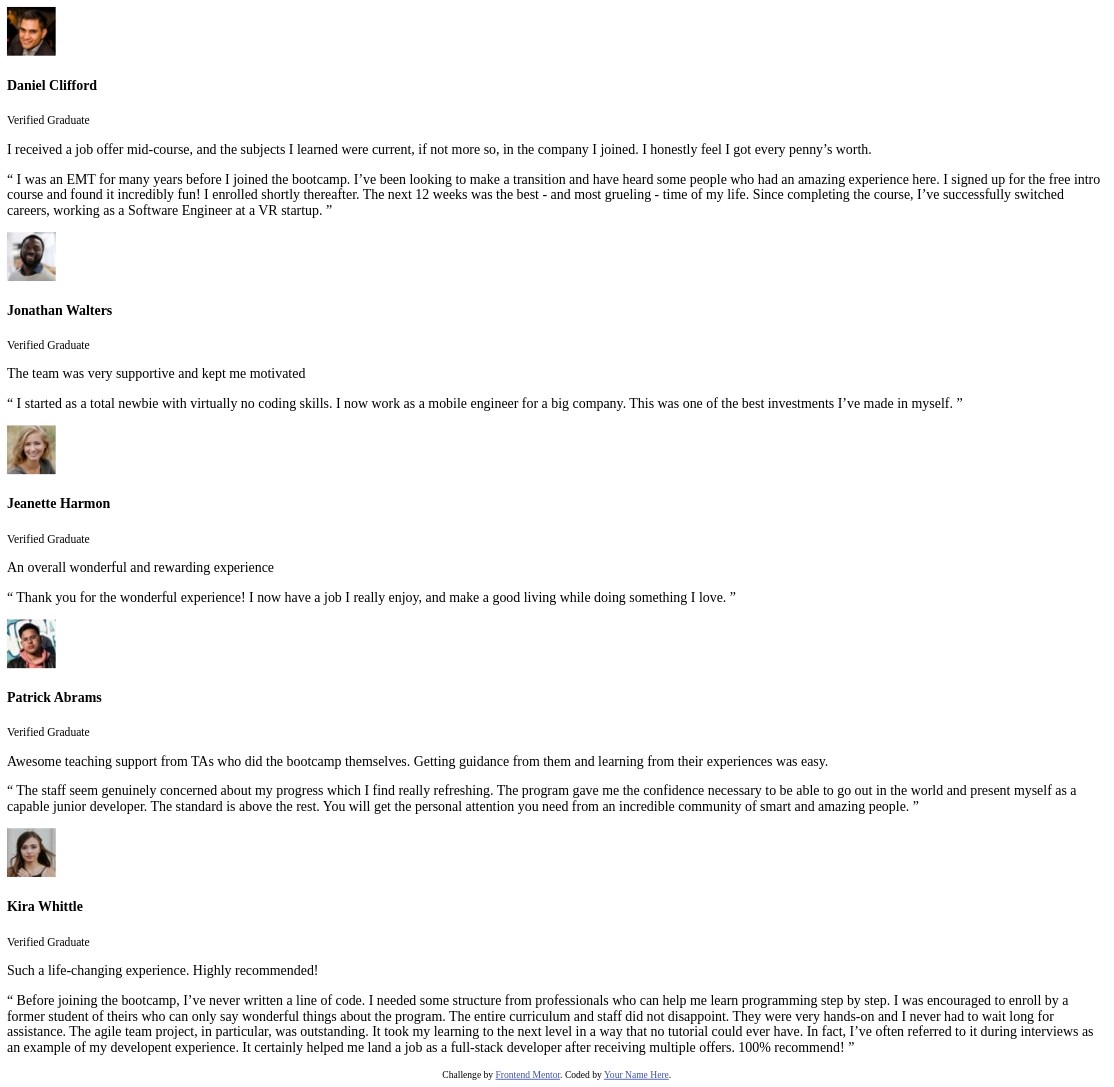
Repository: DejV44/testimonials_grid_section_main
Page: index.html
These files come from the project's save history. The page is drawn as it stood at one moment and after the next save; the edit follows.
The browser window is 1280 px wide. The pictures show the whole page, at 87% of full size.
The style sheet was rebuilt from its Sass, Less or Tailwind sources for each picture, by a compiler version that may differ from the author's.

Above is the page before, as saved 2021-07-13 21:25:23.

### index.html
<!DOCTYPE html>
<html lang="en">

<head>
  <meta charset="UTF-8">
  <meta name="viewport" content="width=device-width, initial-scale=1.0">
  <link rel="stylesheet" href="css/style.css">
  <link rel="icon" type="image/png" sizes="32x32" href="./images/favicon-32x32.png">
  <title>Frontend Mentor | Testimonials grid section</title>
</head>

<body>
  <div class="container">
    <div class="cards">
      <div class="image">
        <img src="./images/image-daniel.jpg" alt="image-daniel">
        <div>
          <h4>Daniel Clifford</h4>
          <small>Verified Graduate</small>
        </div>
      </div>
      <p>I received a job offer mid-course, and the subjects I learned were current, if not more so,
        in the company I joined. I honestly feel I got every penny’s worth.</p>
      <p>“ I was an EMT for many years before I joined the bootcamp. I’ve been looking to make a
        transition and have heard some people who had an amazing experience here. I signed up
        for the free intro course and found it incredibly fun! I enrolled shortly thereafter.
        The next 12 weeks was the best - and most grueling - time of my life. Since completing
        the course, I’ve successfully switched careers, working as a Software Engineer at a VR startup. ”</p>
    </div>
    <div class="cards">
      <div class="image">
        <img src="./images/image-jonathan.jpg" alt="image-jonathan">
        <div>
          <h4>Jonathan Walters</h4>
          <small>Verified Graduate</small>
        </div>
      </div>
      <p>The team was very supportive and kept me motivated</p>
      <p>“ I started as a total newbie with virtually no coding skills. I now work as a mobile engineer
        for a big company. This was one of the best investments I’ve made in myself. ”</p>
    </div>
    <div class="cards">
      <div class="image">
        <img src="./images/image-jeanette.jpg" alt="image-jeanette">
        <div>
          <h4>Jeanette Harmon</h4>
          <small>Verified Graduate</small>
        </div>
      </div>
      <p>An overall wonderful and rewarding experience</p>
      <p>“ Thank you for the wonderful experience! I now have a job I really enjoy, and make a good living
        while doing something I love. ”</p>
    </div>
    <div class="cards">
      <div class="image">
        <img src="./images/image-patrick.jpg" alt="image-patrick">
        <div>
          <h4>Patrick Abrams</h4>
          <small>Verified Graduate</small>
        </div>
      </div>
      <p>Awesome teaching support from TAs who did the bootcamp themselves. Getting guidance from them and
        learning from their experiences was easy.</p>
      <p>“ The staff seem genuinely concerned about my progress which I find really refreshing. The program
        gave me the confidence necessary to be able to go out in the world and present myself as a capable
        junior developer. The standard is above the rest. You will get the personal attention you need from
        an incredible community of smart and amazing people. ”</p>
    </div>
    <div class="cards">
      <div class="image">
        <img src="./images/image-kira.jpg" alt="image-kira">
        <div>
          <h4>Kira Whittle</h4>
          <small>Verified Graduate</small>
        </div>
      </div>
      <p>Such a life-changing experience. Highly recommended!</p>
      <p>“ Before joining the bootcamp, I’ve never written a line of code. I needed some structure from
        professionals who can help me learn programming step by step. I was encouraged to enroll by a former
        student of theirs who can only say wonderful things about the program. The entire curriculum and staff
        did not disappoint. They were very hands-on and I never had to wait long for assistance. The agile team
        project, in particular, was outstanding. It took my learning to the next level in a way that no tutorial
        could ever have. In fact, I’ve often referred to it during interviews as an example of my developent
        experience. It certainly helped me land a job as a full-stack developer after receiving multiple offers.
        100% recommend! ”</p>
    </div>
  </div>
  <div class="attribution">
    Challenge by <a href="https://www.frontendmentor.io?ref=challenge" target="_blank">Frontend Mentor</a>.
    Coded by <a href="#">Your Name Here</a>.
  </div>
</body>

</html>

### css/style.scss
@import url('https://fonts.googleapis.com/css2?family=Barlow+Semi+Condensed:wght@500;600&display=swap');


.attribution { font-size: 11px; text-align: center; }
.attribution a { color: hsl(228, 45%, 44%); }

After the next save:
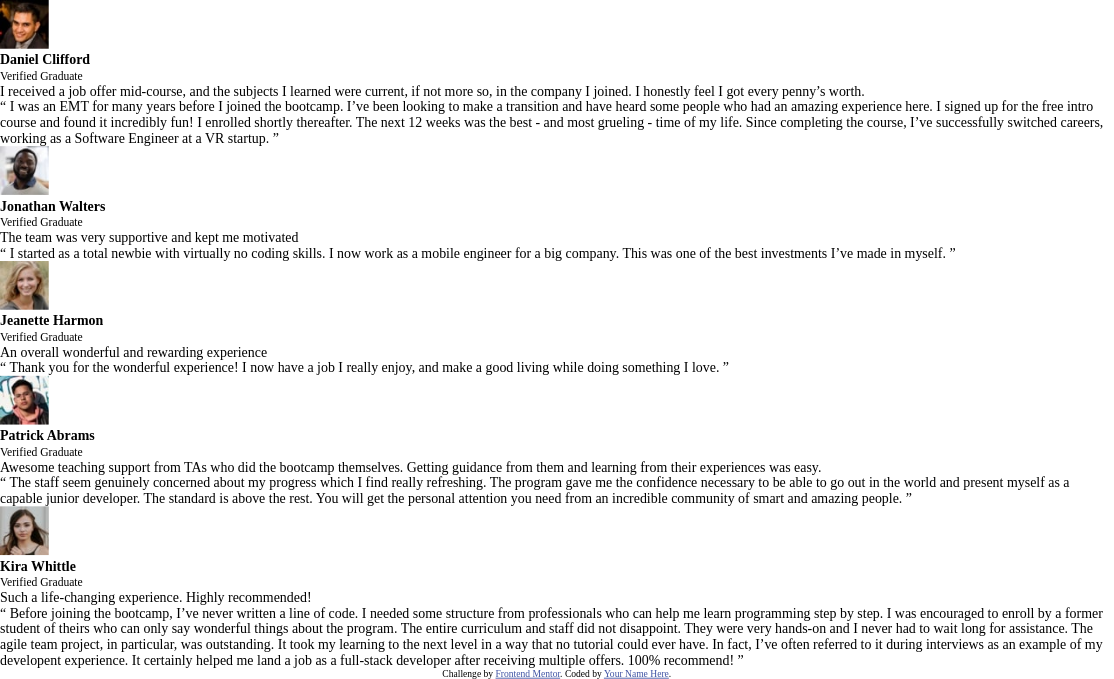
Saved 32 s later.
--- a/css/style.scss
+++ b/css/style.scss
@@ -1,5 +1,8 @@
 @import url('https://fonts.googleapis.com/css2?family=Barlow+Semi+Condensed:wght@500;600&display=swap');
 
-
+* {
+    margin: 0;
+    padding: 0;
+}
 .attribution { font-size: 11px; text-align: center; }
 .attribution a { color: hsl(228, 45%, 44%); }
